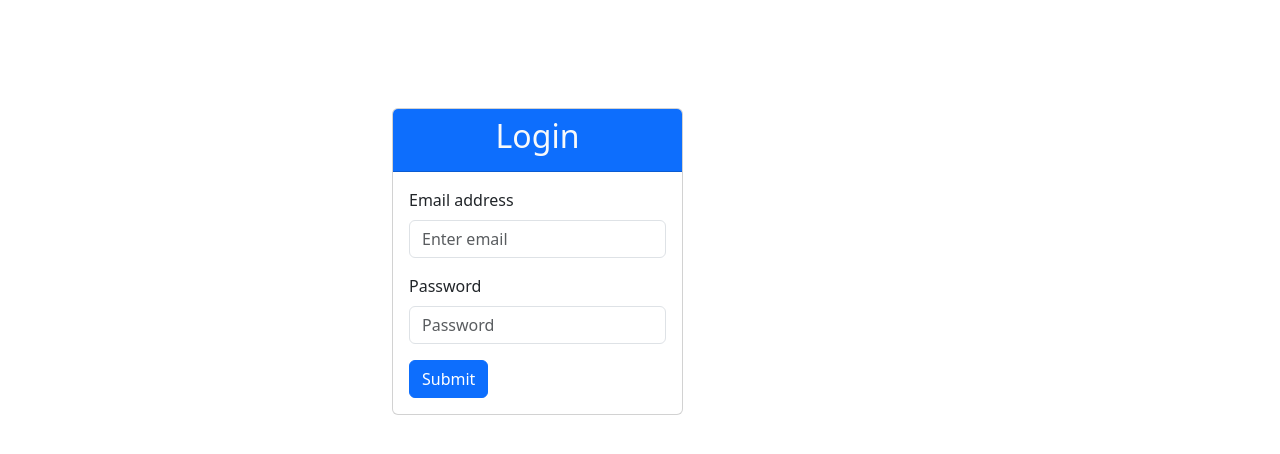
Repository: trider/react-task-app
Page: /login
The author's editor kept a copy of each file at every save. The page is drawn from the files as they stood at one save, then again after the next save.
The browser window is 1280 px wide. The pictures show the whole page.
The project was rebuilt for these pictures with package versions that can differ from the ones it lists, and the page was loaded fresh each time.

Above is the page before, as saved 2024-05-02 16:21:34.

After the next save:
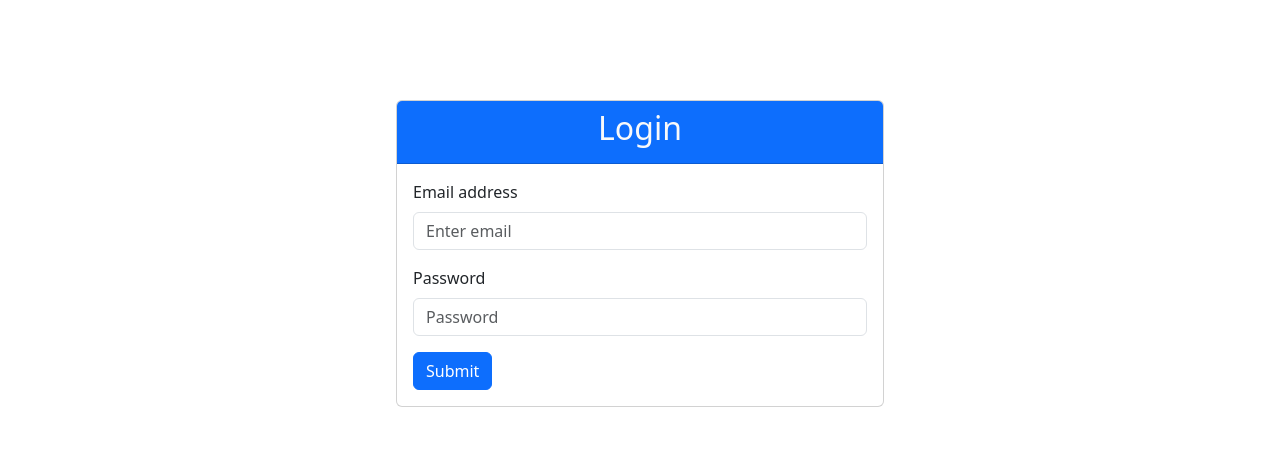
Saved 14 s later.
--- a/src/pages/Login.js
+++ b/src/pages/Login.js
@@ -32,7 +32,7 @@ const FormBody = () => {
 const LoginForm = () => {
   return (
     <div>
-      <Container fluid className='container-lg d-lg-flex mx-auto p-2' style={{ marginTop: '100px', width: '40%' }}>
+      <Container fluid className='container-lg' style={{ marginTop: '100px', width: '40%' }}>
         <Card className='card-sm'>
           <Card.Header className='bg-primary text-light text-center' >
             <h2>Login</h2>
